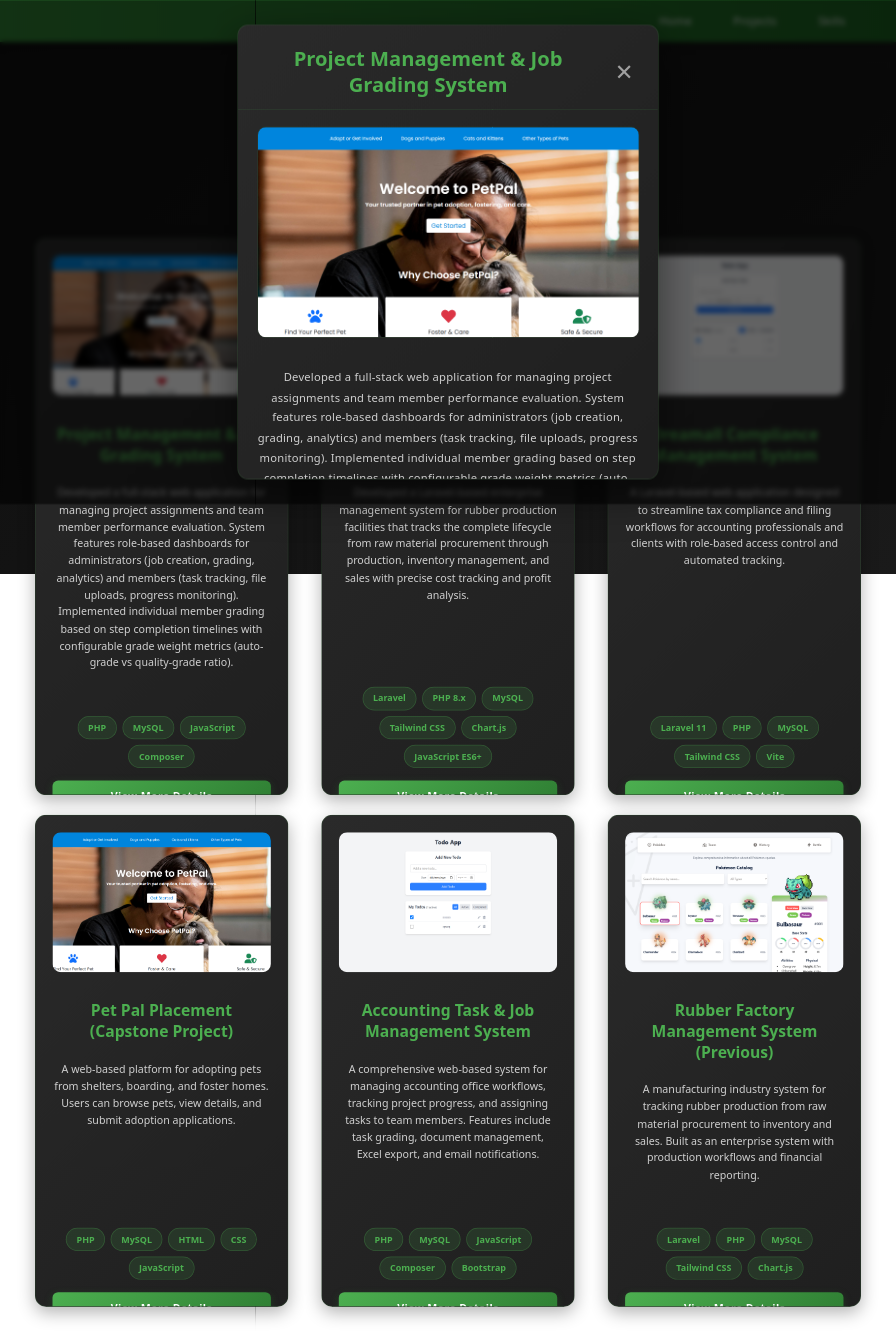
Repository: SAYANA11/portfolio
Page: /Projects, after clicking the first element matching `button.project-button`
An editor plug-in stored every save of this project. The page is shown before and after the next save, followed by the edit.
The browser window is 1280 px wide. The pictures show the whole page, at 70% of full size.
An inner scrolling area shows only its first screen. The project was rebuilt for these pictures with package versions that can differ from the ones it lists, and the page was loaded fresh each time. Also part of the build but not shown: vite.config.js, src/components/Hero.jsx, src/components/Skills.css, src/components/Skills.jsx.

Above is the page before, as saved 2026-02-17 01:08:33.

After the next save:
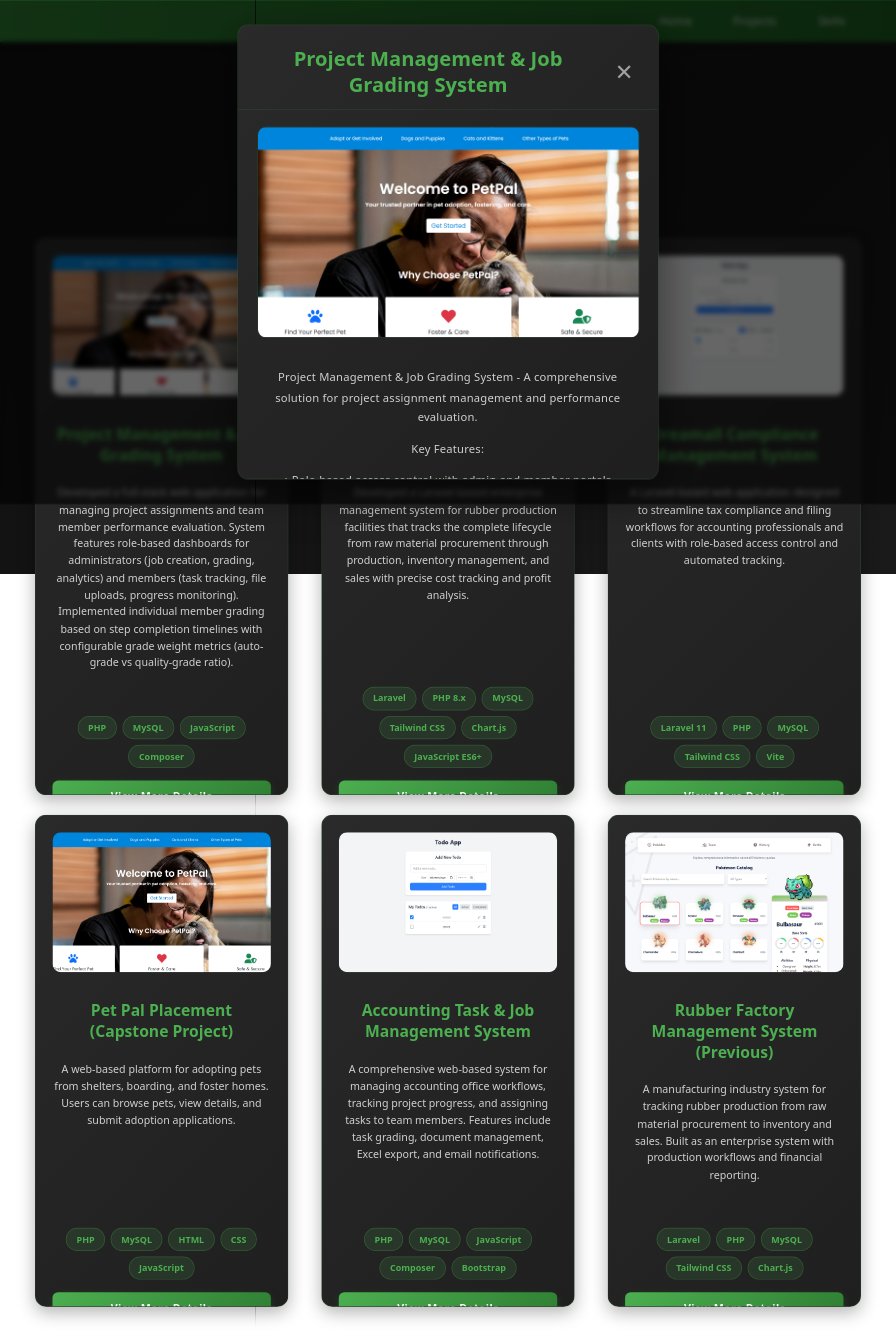
Saved 16 s later.
--- a/src/components/Projects.jsx
+++ b/src/components/Projects.jsx
@@ -124,7 +124,11 @@ const Projects = () => {
                 alt={selectedProject.title}
                 className="modal-image"
               />
-              <p className="modal-description">{selectedProject.description}</p>
+              <div className="modal-description">
+                {(selectedProject.fullDescription || selectedProject.description).split('\n').map((line, idx) => (
+                  line.trim() && <p key={idx} style={{ marginBottom: line.startsWith('•') ? '8px' : '12px' }}>{line}</p>
+                ))}
+              </div>
               <div className="modal-technologies">
                 <h4 className="tech-label">Technologies Used:</h4>
                 <div className="modal-tech-tags">
